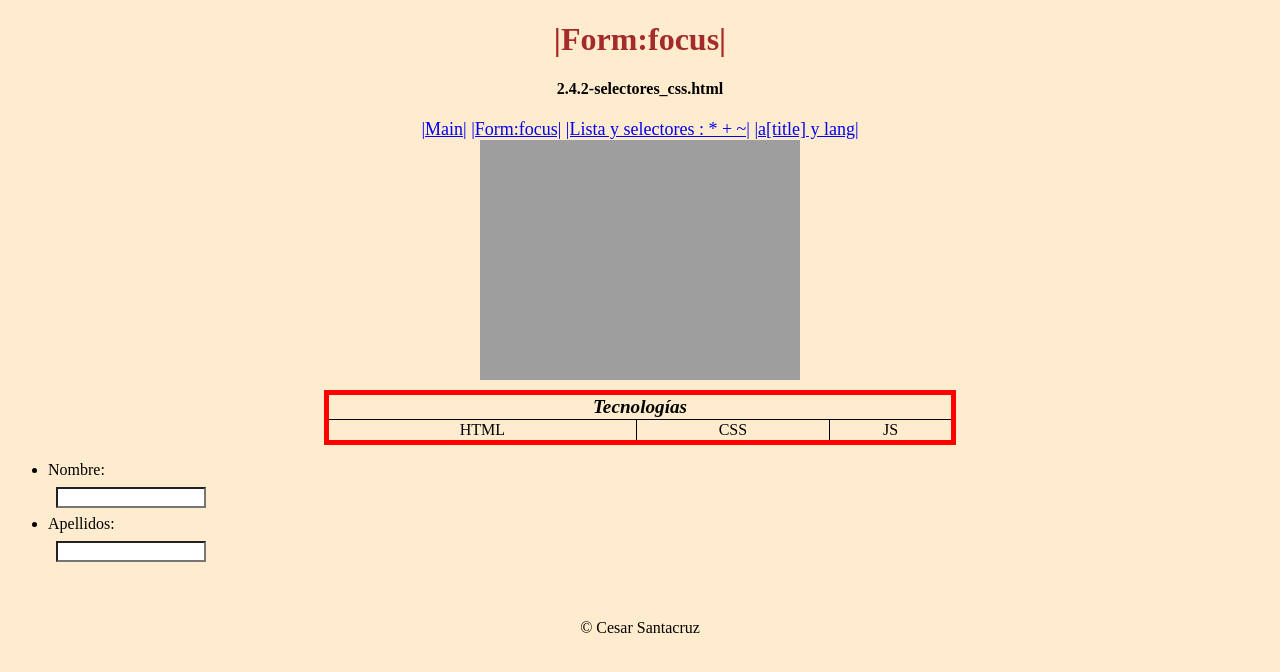
Repository: cesarsant0203/My_Study
Page: Introducción al desarrollo web/My Page 1/2.posts.html
An editor plug-in stored every save of this project. The page is shown before and after a run of saves, followed by the edit.
The browser window is 1280 px wide. The pictures show the whole page.
Pictures or frames that could not be fetched are drawn as grey boxes.

Above is the page before, as saved 2020-04-29 18:24:33.

### Introducción al desarrollo web/My Page 1/2.posts.html
<!DOCTYPE html>
<html lang="es">

<head>
    <meta charset="utf-8" />
    <title> Selectores CSS </title>
    <link href="2.posts.css" rel="stylesheet" />
</head>

<body>

    <h1 id="titulo">|Form:focus|</h1>
    <h4>2.4.2-selectores_css.html</h4>
    <section id="mySection" class="box">
        <nav>
            <a href="1.index.html">|Main|</a>
            <a href="2.posts.html">|Form:focus|</a>
            <a href="3.contacto.html">|Lista y selectores : * + ~|</a>
            <a href="4.formulario.html">|a[title] y lang|</a>
        </nav>
    </section>
    <section>
        <img src="https://applauss.com/wp-content/uploads/2016/01/gifs-animados-13.gif" title="gifPacman" class="gif"/>
    </section>
    <section>
        <table id="tec">
            <thead>
                <td colspan="3"><em><strong>Tecnologías</strong></em></td>
            </thead>
            <tbody>
                <tr>
                    <td>HTML</td>
                    <td>CSS</td>
                    <td>JS</td>
                </tr>
            </tbody>
        </table>
    </section>
    <article>
        <form action="...">
            <ul>
                <li>
                    <label id="lname" for="name">Nombre: </label> <br/>
                    <input type="text" id="name" />
                </li>
                <li>
                    <label id="lsname" for="sname">Apellidos:</label> <br/>
                    <input type="text" id="sname" />
                </li>
            </ul>
        </form>
    </article>
    <footer>
        &copy Cesar Santacruz
    </footer>

</body>

</html>

### Introducción al desarrollo web/My Page 1/2.posts.css
*{
    background-color: blanchedalmond;
}
h1#titulo, h4, section#mySection {
    text-align: center;
}
h1 {
    color: brown;
}
section#mySection{
    font-size: large;
}
img.gif {
    width: 320px;
    height: 240px;
    display: block;
    margin: auto;
}
table#tec {
    border: red 5px solid;
    border-collapse: collapse;
    width: 50%;
    text-align: center;
    margin-left: auto;
    margin-right: auto;
    margin-top: 10px;
}
thead {
    font-size: larger;
}
td{
    border: black 1px solid;
}
form :focus {
    border: 2px solid rgb(0, 82, 175);
}
p:first-of-type{
    font-weight: bold;
}

input#name, input#sname{
    background-color: white;
        margin: 0.2cm;
        width: 150px;
        box-sizing: border-box;
}
footer {
    position: relative;
    margin-top: 50px;
    text-align: center;
    height: 30px;
}

After the next 2 saves:
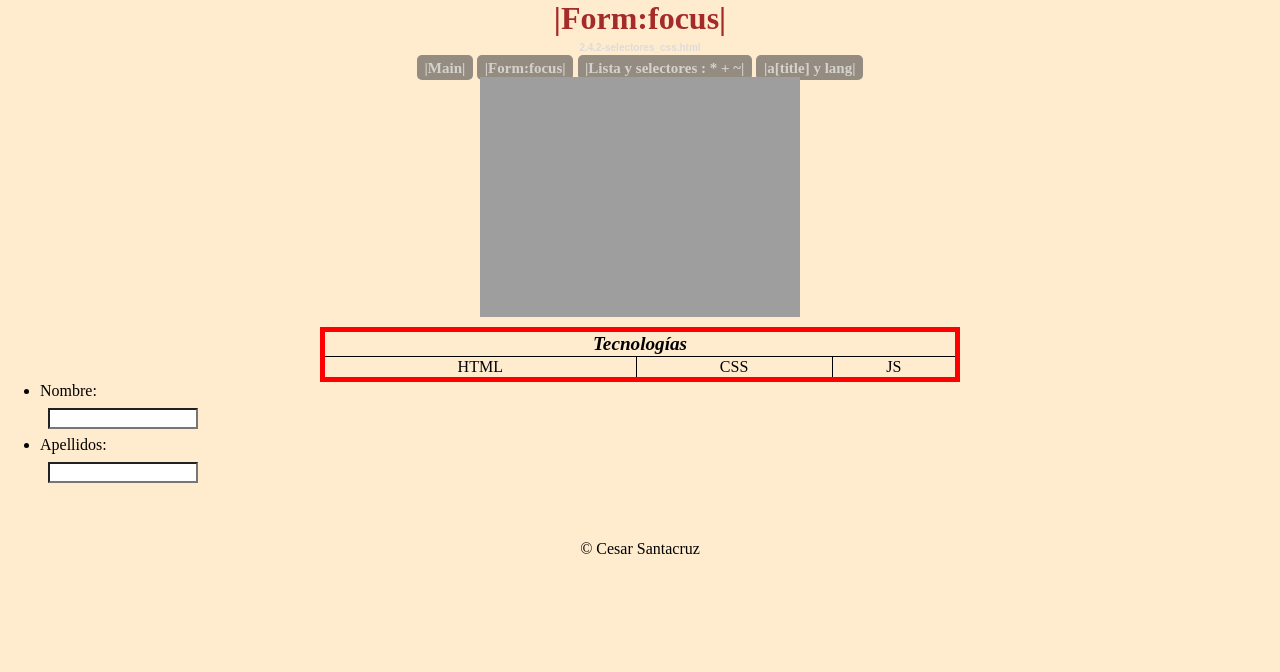
The 2 saves are shown as one change because they came seconds apart.
The last was saved 47 s later.
--- a/Introducción al desarrollo web/My Page 1/2.posts.css
+++ b/Introducción al desarrollo web/My Page 1/2.posts.css
@@ -1,3 +1,64 @@
+* {
+    margin: 0;
+}
+header {
+    background: black;
+    padding: 1em;
+    box-sizing: border-box;
+    margin: 0em;
+}
+a#header, h4 {
+    background-color: inherit;
+    box-sizing: border-box;
+    margin-bottom: 1px;
+}
+a#header {
+    font-family: Arial, Helvetica, sans-serif;
+    line-height: 1.4;
+    color: white;
+    font-size: 24px;
+    font-weight: bold;
+    text-decoration: none;
+    padding: 0.3em 0.5em;
+    border-radius: 5px;
+    background-color: rgba(255, 255, 255, 0.602);
+    transition: background-color 1s linear;
+    transition: color 1s linear
+}
+a#header:hover, input:hover, button:hover, a#header:focus, input:focus, button:focus {
+    background-color: #fff;
+    color: black;
+}
+a#header:focus, input:focus, button:focus {
+    box-shadow: 0 0 0 3px rgba(0,0,0,0.25);
+    outline: 0;
+}
+h4 {
+    color: gainsboro;
+    font-size: x-small;
+    font-family: Arial, Helvetica, sans-serif;
+    line-height: 1.4;
+    margin-top: 4px;
+}
+a{
+    box-sizing: border-box;
+    margin-top: auto;
+    font-size: 15px;
+    font-weight: bold;
+    color: rgba(255, 255, 255, 0.609);
+    text-decoration: none;
+    padding: 0.3em 0.5em;
+    border-radius: 5px;
+    background-color: rgba(78, 78, 78, 0.602);
+    transition: color 1s linear;
+}
+a:hover, input:hover, button:hover, a:focus, input:focus, button:focus {
+    color: #fff;
+}
+a:focus, input:focus, button:focus {
+    box-shadow: 0 0 0 3px rgba(0,0,0,0.25);
+    outline: 0;
+}
 *{
     background-color: blanchedalmond;
 }
